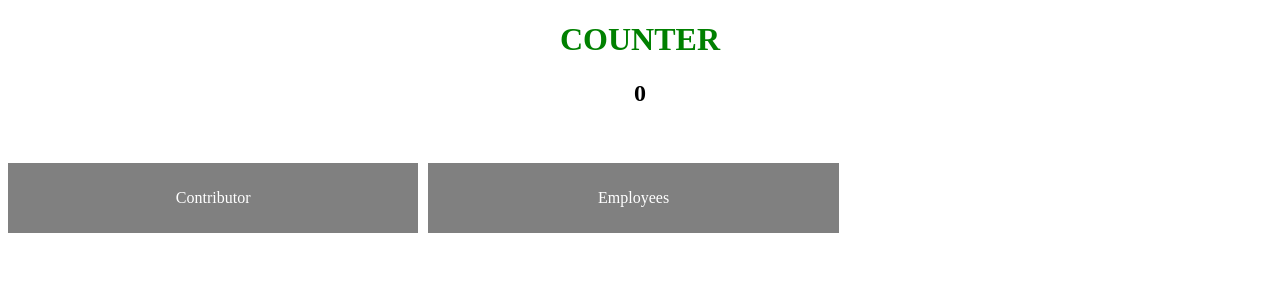
Repository: Seryozha02/Calculator
Page: calculator.html
An editor plug-in stored every save of this project. The page is shown before and after the next save, followed by the edit.
The browser window is 1280 px wide. The pictures show the whole page.

Above is the page before, as saved 2022-02-14 16:56:48.

After the next save:
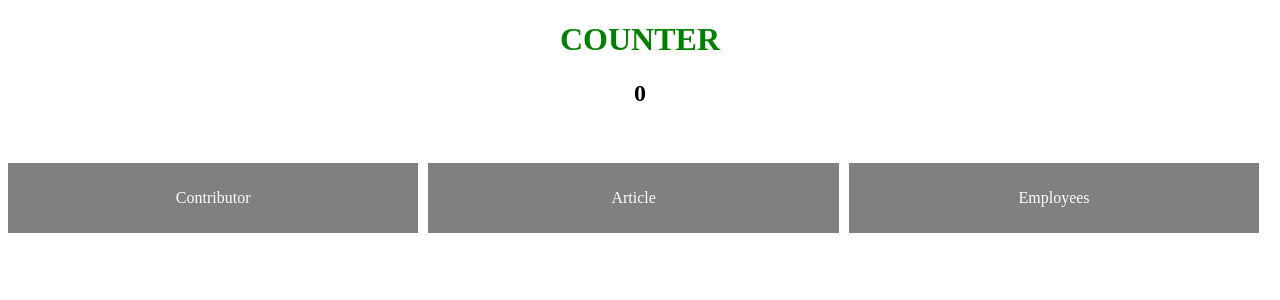
Saved 4 s later.
--- a/calculator.html
+++ b/calculator.html
@@ -20,12 +20,12 @@
                 <p>Contributor</p>
             </div>
         </div>
-        <!-- <div class="column">
+        <div class="column">
             <div class="card">
                 <p><i class="fa fa-book"></i></p>
                 <p>Article</p>
             </div>
-        </div> -->
+        </div>
         <div class="column">
             <div class="card">
                 <p><i class="fa fa-smile-o"></i></p>
